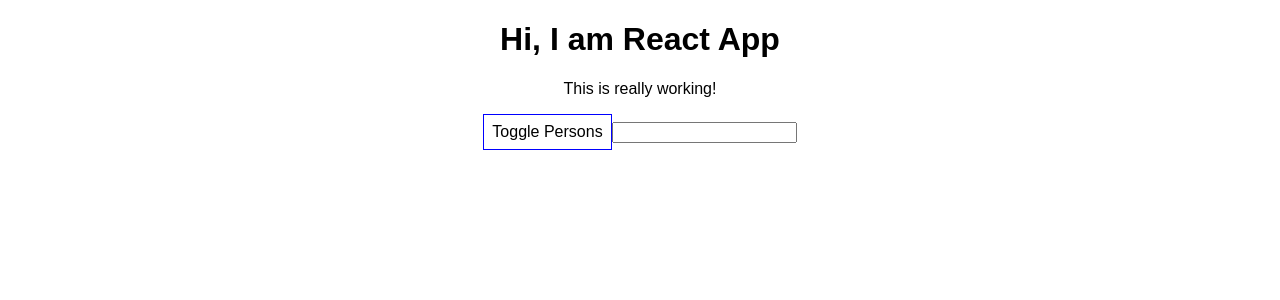
Repository: AbdulMutaal/React-Complete-Guide
Page: /
These files come from the project's save history. The page is drawn as it stood at one moment and after the next save; the edit follows.
The browser window is 1280 px wide. The pictures show the whole page.
The project was rebuilt for these pictures with package versions that can differ from the ones it lists, and the page was loaded fresh each time. Also part of the build but not shown: src/Person/Person.js, src/ValidationComponent/ValidationComponent.js, src/CharComponent/CharComponent.js.

Above is the page before, as saved 2021-11-29 20:48:58.

### src/App.js
import React, { Component } from 'react';
import './App.css';
import Person from './Person/Person';
import Validation from './ValidationComponent/ValidationComponent';
import CharComponent from './CharComponent/CharComponent';


class App extends Component {
  state = {
    persons: [
      { id: 1, name: 'Max', age: 28},
      { id: 2, name: 'Manu', age: 29},
      { id: 3, name: 'Stephanie', age: 26}
    ],
    othersState: 'some other value',
    personsState: false,
    text: '',
    textLength: null
  }

  switchNameHandler = () => {
    this.setState( {
      persons: [
        {name: 'Maximilian', age: 28},
        {name: 'Manu', age: 29},
        {name: 'Stephanie', age: 27}
      ]
    });
  };

  nameChangedHandler = (event, id) => {
    let personIndex = this.state.persons.findIndex(p => {
      return p.id === id;
    });

    let person = {
      ...this.state.persons[personIndex]
    };

    person.name = event.target.value;

    let persons = [...this.state.persons];

    persons[personIndex] = person;

    this.setState({persons: persons});
  }

  togglePersons = () => {
    let tempPersonsState = this.state.personsState;
    this.setState({personsState: !tempPersonsState});
  }

  deletePerson = (personIndex) => {
    let person = [...this.state.persons];
    person.splice(personIndex, 1);

    this.setState({persons: person});
  }

  textChangedHandler = (e) => {
    let textLength = e.target.value.length;

    this.setState({text: e.target.value});
    this.setState({textLength: textLength});
  }

  charChangedHandler = (e, charIndex) => {
    const text = this.state.text.split('');
    text.splice(charIndex, 1);

    const updatedText = text.join('');
    this.setState({text: updatedText});
  }

  render () {
    const charComponent = this.state.text.split('').map((t, index) => {
      return (<CharComponent textChar={t}
              clicked={(e) => this.charChangedHandler(e, index)} />
      )
    });

    const style = {
      backgroundColor: 'white',
      font: 'inherit',
      border: '1px solid blue',
      padding: '8px',
      cursor: 'pointer'
    };

    let person = null;

    if (this.state.personsState) {
      person = (
        <div>
          {this.state.persons.map((person, index) => {
          return <Person
            click={() => this.deletePerson(index)}
            name={person.name}
            age={person.age}
            key={person.id}
            changed={(event) => this.nameChangedHandler(event, person.id)}/>
        })}
        </div>
      );

      style.backgroundColor = 'red';
    }

    return (
      <div className="App">
        <h1>Hi, I am React App</h1>
        <p>This is really working!</p>
        <button
          style={style}
          onClick={this.togglePersons}>
            Toggle Persons
          </button>
        { this.state.personsState ?
          person : null}
        <input type='text' onChange={(e) => this.textChangedHandler(e)} value={this.state.text} />
        {this.state.textLength}
        {/* <Validation textLength={this.state.textLength} /> */}
        {/* {charComponent} */}
      </div>
    );
  }
}

export default App;

Loaded but not shown: public/index.html (common file); src/index.js (common file); src/index.css (common file); src/registerServiceWorker.js (common file); src/App.css (common file)

After the next save:
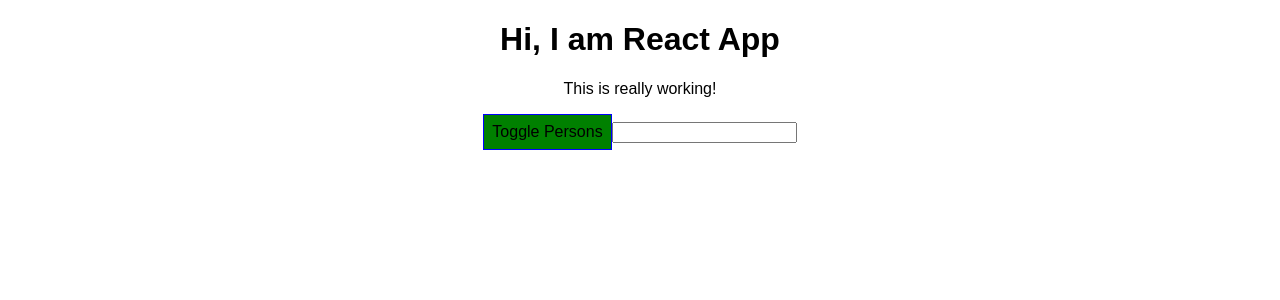
Saved 32 s later.
--- a/src/App.js
+++ b/src/App.js
@@ -81,7 +81,7 @@ class App extends Component {
     });
 
     const style = {
-      backgroundColor: 'white',
+      backgroundColor: 'green',
       font: 'inherit',
       border: '1px solid blue',
       padding: '8px',
